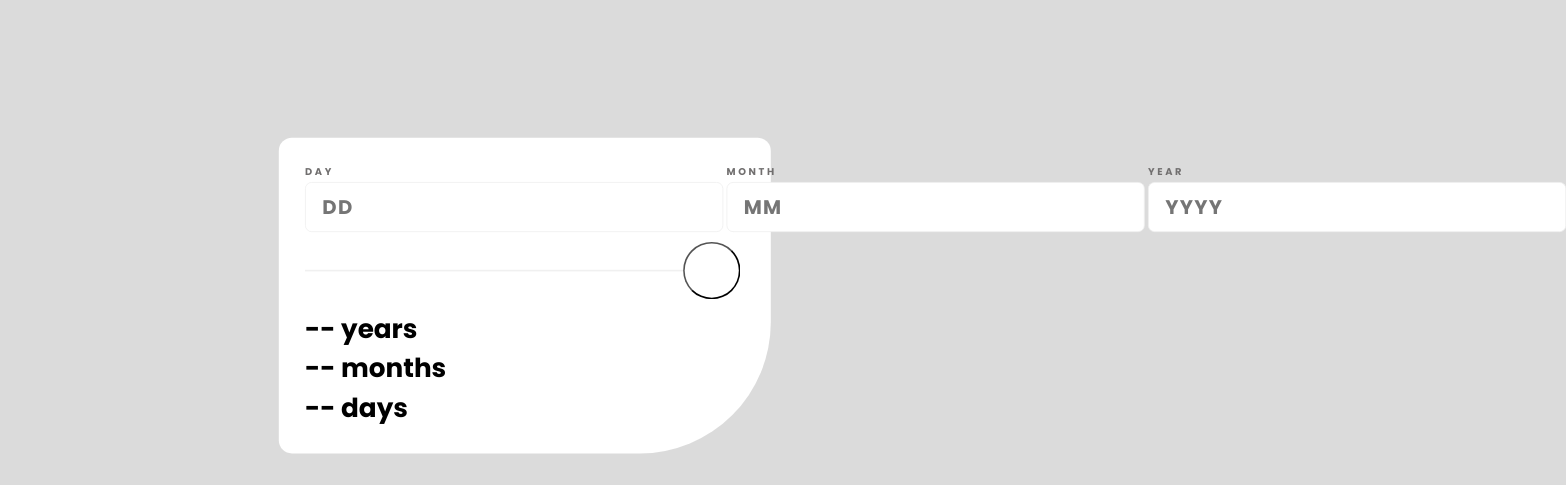
Repository: blordeus/age-calculator-app
Page: /
An editor plug-in stored every save of this project. The page is shown before and after a run of saves, followed by the edit.
The browser window is 1280 px wide. The page is 1910 px wide, so the pictures cover 1910 px, including what lies to the right of the window. The pictures show the whole page, at 82% of full size.
The project was rebuilt for these pictures with package versions that can differ from the ones it lists, and the page was loaded fresh each time.

Above is the page before, as saved 2023-08-23 15:49:53.

After the next 3 saves:
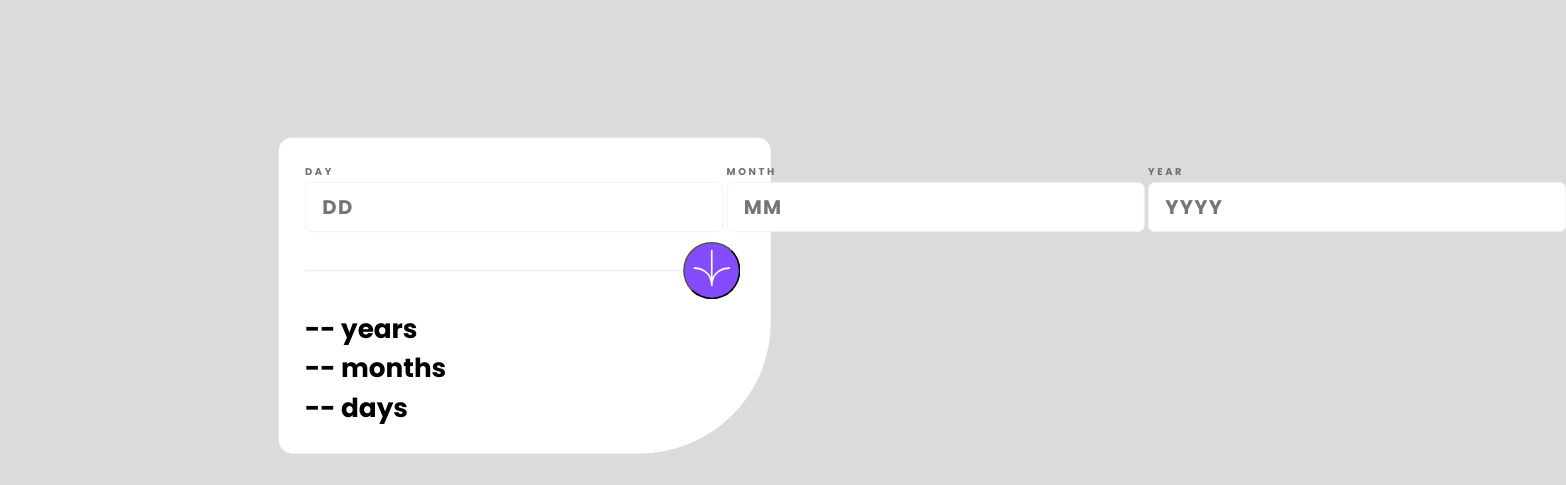
The 3 saves are shown as one change because they came seconds apart.
The last was saved 10 s later.
--- a/src/style.css
+++ b/src/style.css
@@ -93,5 +93,6 @@ body {
   width: 70px;
   height: 70px;
   border-radius: 50%;
-  background-color: var(--purple)
+  background-color: var(--Purple);
+  border
 }
